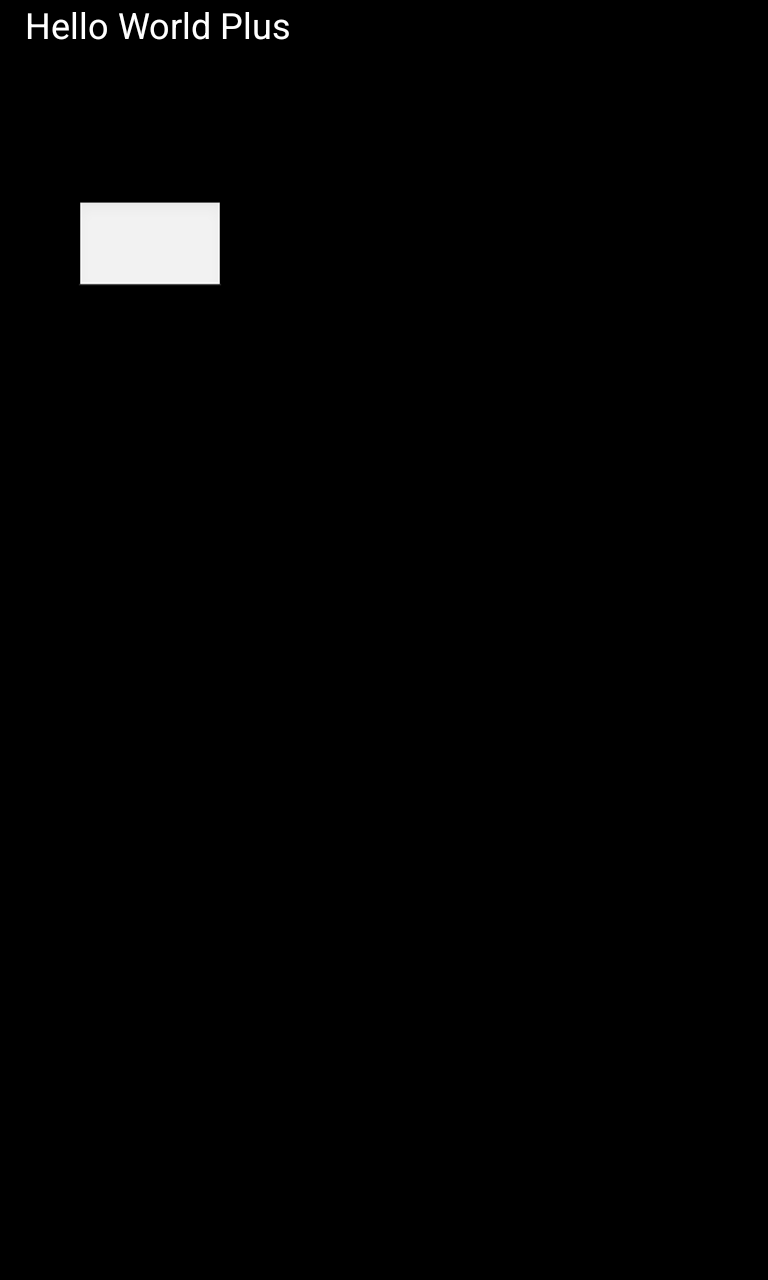
Repository: adatta02/comp194ma
Layout: hello_world/res/layout/main.xml
An editor plug-in stored every save of this project. The layout is shown before and after the next save, followed by the edit.
It is drawn on a 768 x 1280 px phone screen (xhdpi) without system bars, with theme android:Theme; the app's code is not run.

Above is the layout before, as saved 2009-02-04 20:21:42.

### hello_world/res/layout/main.xml
<?xml version="1.0" encoding="utf-8"?>

<AbsoluteLayout android:id="@+id/AbsoluteLayout01" android:layout_width="wrap_content" android:layout_height="wrap_content" xmlns:android="http://schemas.android.com/apk/res/android"><TextView android:id="@+id/TextView01" android:layout_width="wrap_content" android:text="Hello World Plus" android:textSize="36px" android:textColor="@color/white" android:layout_height="fill_parent" android:paddingLeft="25px"></TextView>
<EditText android:id="@+id/EditText01" android:layout_width="wrap_content" android:layout_height="wrap_content" android:layout_y="200px" android:width="150px" android:layout_x="75px"></EditText>
</AbsoluteLayout>

### hello_world/res/values/strings.xml
<?xml version="1.0" encoding="utf-8"?>
<resources>
    <string name="hello">Hello World, HelloWorld</string>
    <string name="app_name">HelloWorld</string>
<color name="white">#ffffff</color>



</resources>

After the next save:
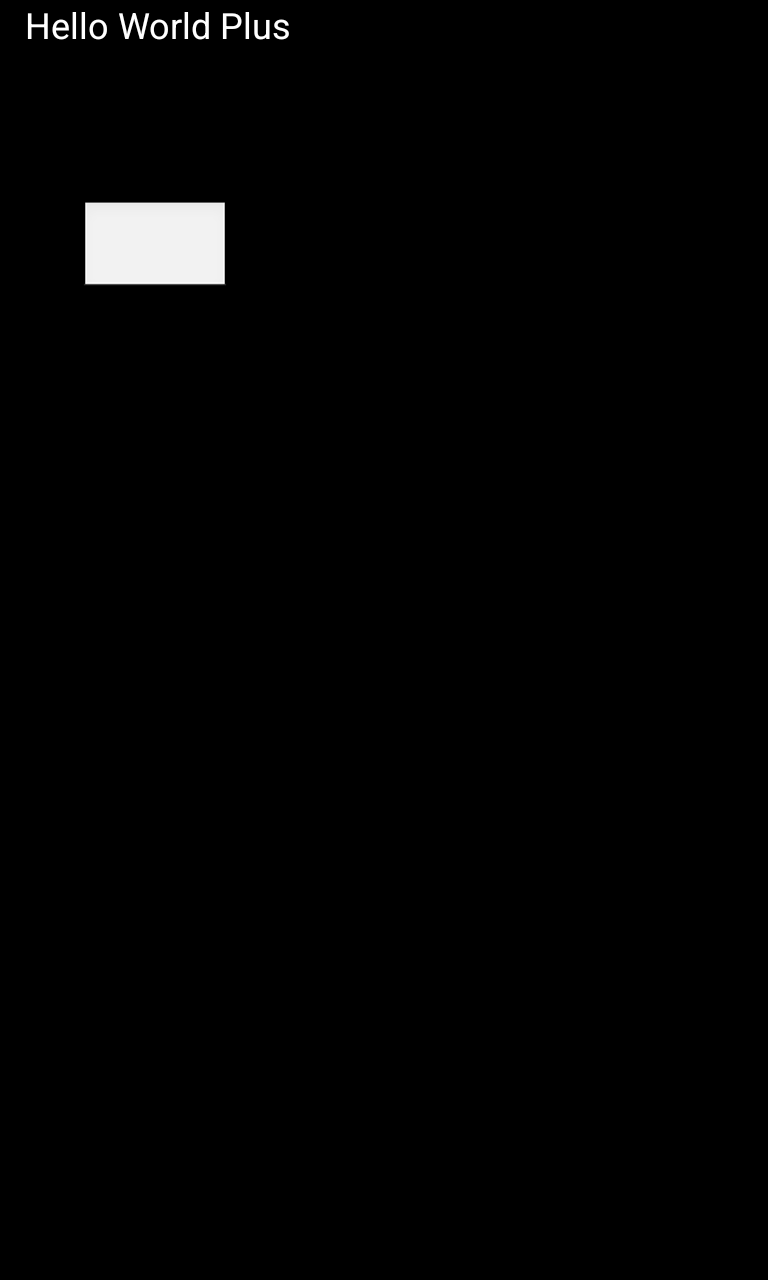
Saved 13 s later.
--- a/hello_world/res/layout/main.xml
+++ b/hello_world/res/layout/main.xml
@@ -1,5 +1,5 @@
 <?xml version="1.0" encoding="utf-8"?>
 
 <AbsoluteLayout android:id="@+id/AbsoluteLayout01" android:layout_width="wrap_content" android:layout_height="wrap_content" xmlns:android="http://schemas.android.com/apk/res/android"><TextView android:id="@+id/TextView01" android:layout_width="wrap_content" android:text="Hello World Plus" android:textSize="36px" android:textColor="@color/white" android:layout_height="fill_parent" android:paddingLeft="25px"></TextView>
-<EditText android:id="@+id/EditText01" android:layout_width="wrap_content" android:layout_height="wrap_content" android:layout_y="200px" android:width="150px" android:layout_x="75px"></EditText>
+<EditText android:id="@+id/EditText01" android:layout_width="wrap_content" android:layout_height="wrap_content" android:layout_y="200px" android:width="150px" android:layout_x="80px"></EditText>
 </AbsoluteLayout>
